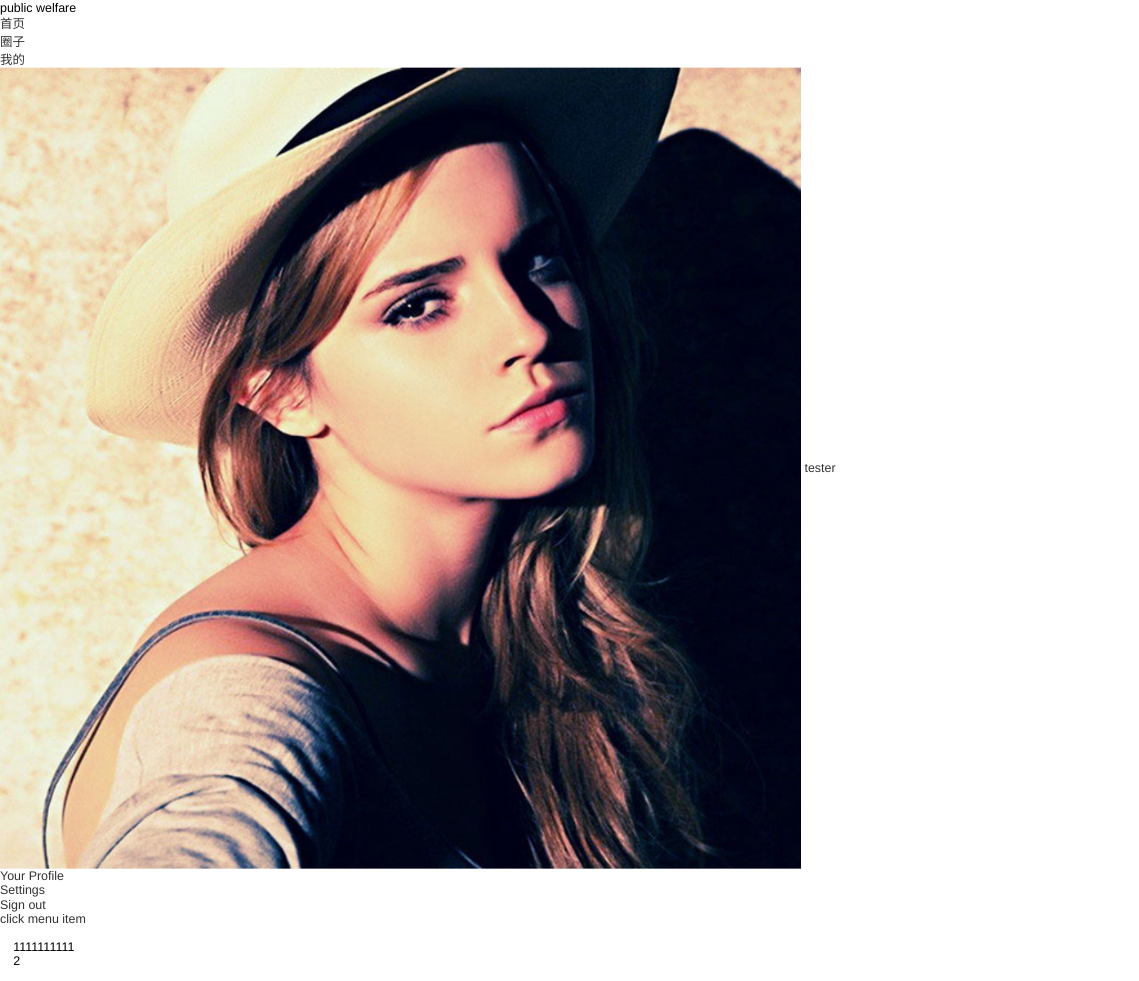
Repository: wjiawei97/FrontEndExercises
Page: 6. bigEvent/index.html
These files come from the project's save history. The page is drawn as it stood at one moment and after the next save; the edit follows.
The browser window is 1280 px wide. The pictures show the whole page, at 89% of full size.

Above is the page before, as saved 2021-08-12 09:29:13.

### 6. bigEvent/index.html
<!DOCTYPE html>
<html lang="en">

<head>
    <meta charset="UTF-8">
    <meta http-equiv="X-UA-Compatible" content="IE=edge">
    <meta name="viewport" content="width=device-width, initial-scale=1.0">
    <title>Document</title>
    <link rel="stylesheet" href="./assets/css/common.css">
    <style>
        /* 移动端 */
        @media screen and (max-width: 768px) {

            .pb-layout-admin .pb-layout-left,
            .pb-layout-admin .pb-body,
            .pb-layout-admin .pb-footer {
                left: 0;
            }

            .pb-layout-admin .pb-side {
                left: -300px;
            }
        }
    </style>
</head>

<body>
    <div class="pb-layout pb-layout-admin">
        <!-- 网页顶部区域 -->
        <div class="pb-header">
            <div class="pb-logo pb-hide-xs pb-bg-black">public welfare</div>
            <!-- 头部水平导航栏区域 -->
            <ul class="pb-nav pb-layout-left">
                <!-- 在移动端显示 -->
                <li class="pb-nav-item pb-show-xs-inline-block pb-hide-sm">
                    <i class="pb-icon pb-icon-spread-left"></i>
                </li>
                <li class="pb-nav-item pb-hide-xs"><a href="">首页</a></li>
                <li class="pb-nav-item pb-hide-xs"><a href="">圈子</a></li>
                <li class="pb-nav-item pb-hide-xs"><a href="">我的</a></li>
            </ul>
            <ul class="pb-nav pb-layout-right">
                <li class="pb-nav-item pb-hide pb-show-md-inline-block">
                    <a href="javascript:;">
                        <img src="./assets/images/sample.jpg" class="pb-nav-img">
                        tester
                        <i class="pb-icon pb-icon-down pb-nav-more"></i>
                    </a>
                    <dl class="pb-nav-child">
                        <dd><a href="">Your Profile</a></dd>
                        <dd><a href="">Settings</a></dd>
                        <dd><a href="">Sign out</a></dd>
                    </dl>
                </li>
            </ul>
        </div>

        <!-- 左侧侧边栏区域 -->
        <div class="pb-side pb-bg-black">
            <div class="pb-side-scroll">
                <ul class="pb-nav pb-nav-tree">
                    <li class="pb-nav-item pb-nav-itemed">
                        <!-- <a class="" href="javascript:;">menu group 1
                            <i class="pb-icon pb-icon-down pb-nav-more"></i>
                        </a> -->
                        <dl class="pb-nav-child" style="display: none;">
                            <dd><a href="javascript:;">menu 1</a></dd>
                            <dd><a href="javascript:;">menu 2</a></dd>
                            <dd><a href="javascript:;">menu 3</a></dd>
                            <dd><a href="">the links</a></dd>
                        </dl>
                    </li>

                    <li class="pb-nav-item"><a href="javascript:;">click menu item</a></li>
                </ul>
            </div>
        </div>

        <!-- 内容主体区域 -->
        <div class="pb-body">
            <div style="padding: 15px;">
            <ul class="myul">
                <li>1111111111</li>
                <li>2</li>
            </ul>
        </div>
        </div>
    </div>

    <script src="./assets/js/common.js"></script>
</body>

</html>

### 6. bigEvent/assets/css/common.css
img {
  display: inline-block;
  vertical-align: middle;
}
h1,
h2,
h3,
h4,
h5,
h6 {
  font-weight: 400;
}
blockquote,
body,
button,
dd,
div,
dl,
dt,
form,
h1,
h2,
h3,
h4,
h5,
h6,
input,
li,
ol,
p,
pre,
td,
textarea,
th,
ul {
  margin: 0;
  padding: 0;
  -webkit-tap-highlight-color: rgba(0, 0, 0, 0);
}
a:active,
a:hover {
  outline: 0;
}
img {
  border: none;
}
li {
  list-style: none;
}
table {
  border-collapse: collapse;
  border-spacing: 0;
}
h4,
h5,
h6 {
  font-size: 100%;
}
button,
input,
optgroup,
option,
select,
textarea {
  font-family: inherit;
  font-size: inherit;
  font-style: inherit;
  font-weight: inherit;
  outline: 0;
}
pre {
  white-space: pre-wrap;
  white-space: -moz-pre-wrap;
  white-space: -pre-wrap;
  white-space: -o-pre-wrap;
  word-wrap: break-word;
}
body {
  line-height: 24px;
  font: 14px Helvetica Neue, Helvetica, PingFang SC, Tahoma, Arial, sans-serif;
}
hr {
  height: 1px;
  margin: 10px 0;
  border: 0;
  clear: both;
}
a {
  color: #333;
  text-decoration: none;
}
a:hover {
  color: #777;
}
a cite {
  font-style: normal;
  *cursor: pointer;
}

@media screen and (max-width: 768px) {

}
@media screen and (min-width: 768px) {

}

### 6. bigEvent/assets/js/common.js
//顶部个人信息菜单栏的显示与隐藏
var personal_info = document.querySelector('.pb-layout-right>li');
var personal_items=document.querySelector('.pb-layout-right .pb-nav-child');
personal_info.addEventListener('mouseenter',function(e){
    //移入显示具体信息
    personal_items.style.display='block'
})
personal_info.addEventListener('mouseleave',function(e){
    //移除则不显示具体信息
    personal_items.style.display='none'
})


//左侧侧边栏的显示与隐藏
//移除pb-nav-itemed类
var nav_tree=document.querySelector('.pb-nav-tree');
nav_tree.addEventListener('click',function(e){
    console.log(e);
})

After the next save:
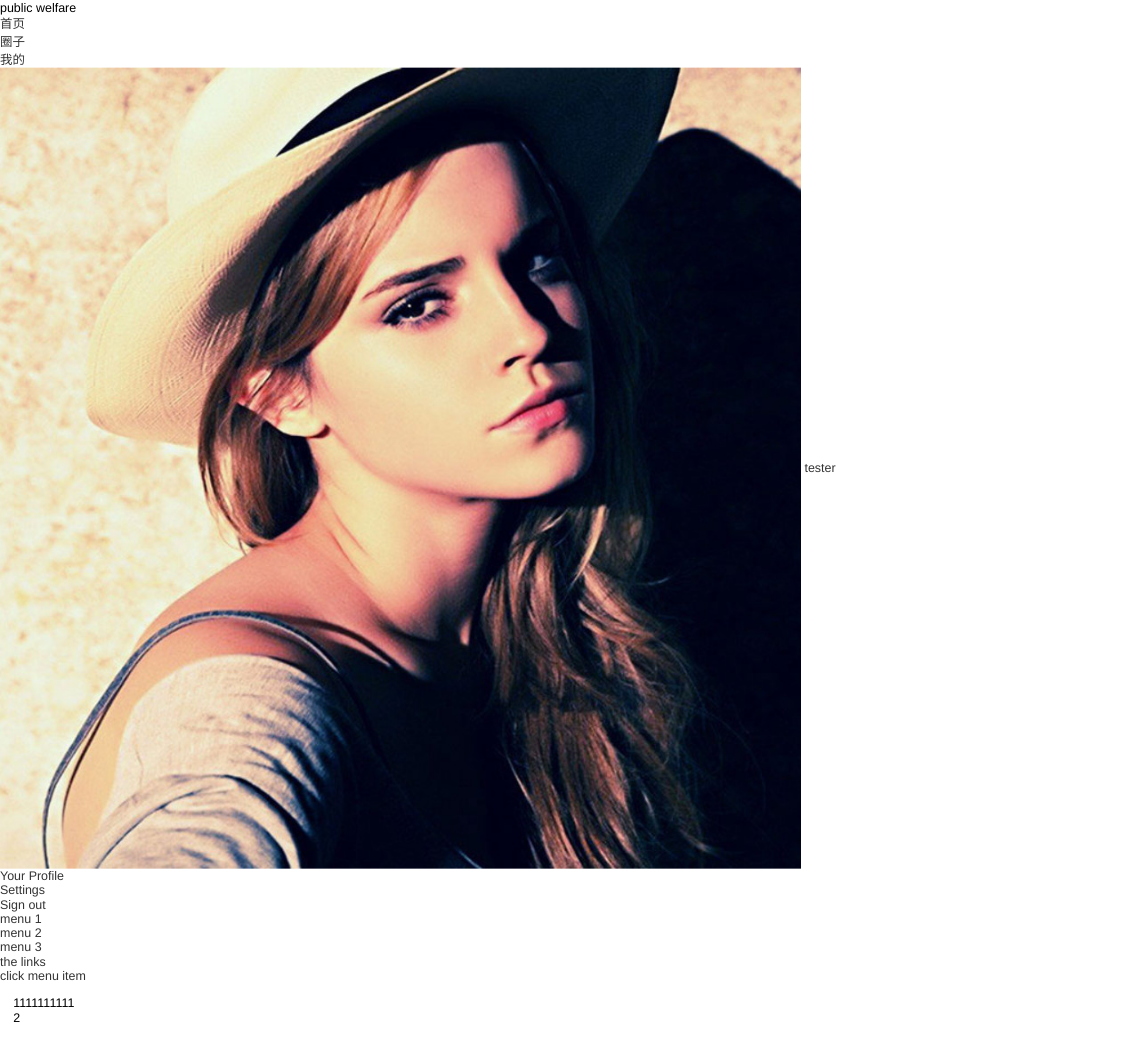
Saved 22 s later.
--- a/6. bigEvent/index.html
+++ b/6. bigEvent/index.html
@@ -63,7 +63,7 @@
                         <!-- <a class="" href="javascript:;">menu group 1
                             <i class="pb-icon pb-icon-down pb-nav-more"></i>
                         </a> -->
-                        <dl class="pb-nav-child" style="display: none;">
+                        <dl class="pb-nav-child">
                             <dd><a href="javascript:;">menu 1</a></dd>
                             <dd><a href="javascript:;">menu 2</a></dd>
                             <dd><a href="javascript:;">menu 3</a></dd>
